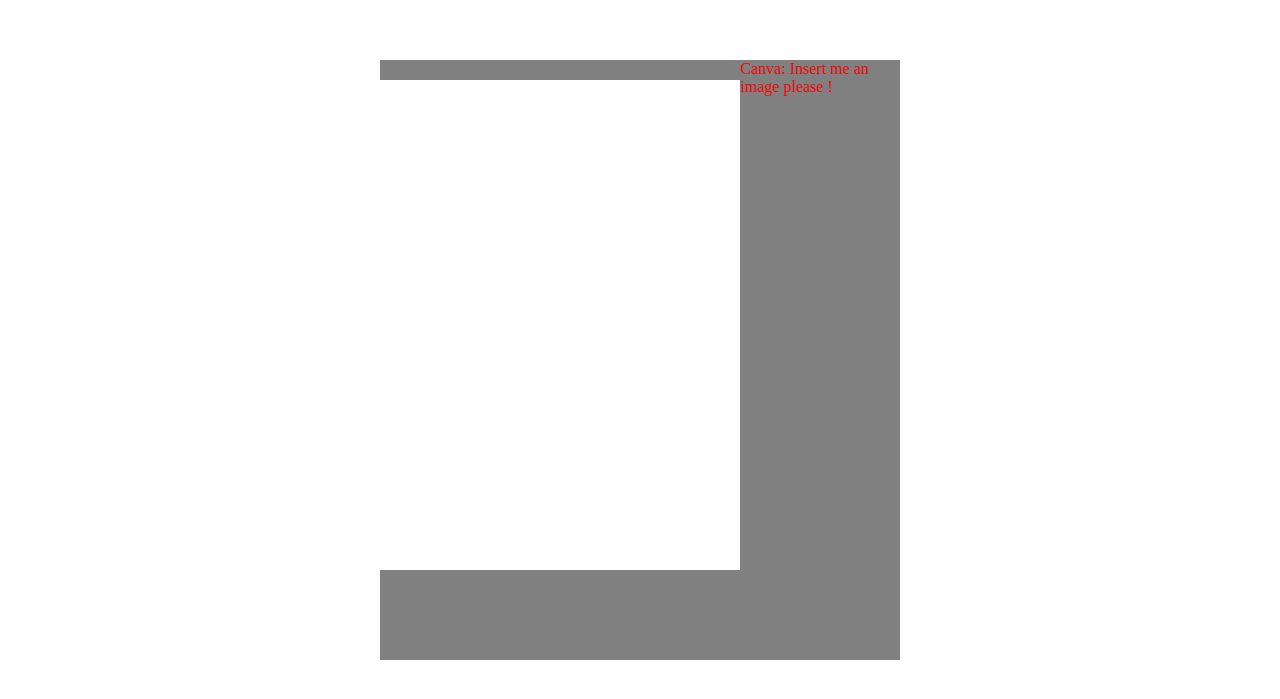
Repository: Sarah7223/internet-programming-tp
Page: TP2/TP02.3.html
The author's editor kept a copy of each file at every save. The page is drawn from the files as they stood at one save, then again after the next save.
The browser window is 1280 px wide. The pictures show the whole page.

Above is the page before, as saved 2023-01-14 11:28:51.

### TP2/TP02.3.html
<html>

<head>
    <style>
        .background{
            height: 100%;
            width: 100%;
            display: flex;
            justify-content: center;
            align-items: center;
        }
        .grey-rectangle{
            height: 600px;
            width: 520px;
            display :flex;
            background-color: grey;
            direction: column;
            justify-content: center;

        }
        .display-zone{
            display :flex;
            width: 450px;
            height: 450px;
            background-color: white;
            padding:20px;
            margin-top: 20px;
        }
        .first-line{
            display:flex;
            color:red;
        }


    </style>
</head>
<body>
    <div class="background">
        <div class="grey-rectangle">
            <div class="display-zone"></div>
            <div class="first-line">
                Canva: Insert me an image please !
            </div>

        </div>

    </div>



    <script>
        function handleImage(uploadImgFile){
            var reader=new FileReader();
            reader.onload= function (event){
                var img= new Image();
                img.onload=function () {
                    // Draw an image here

                }
                img.src=event.target.result;
            }
            reader.readAsArrayBuffer(uploadImgFile);
        }
    </script>

</body>
</html>

After the next save:
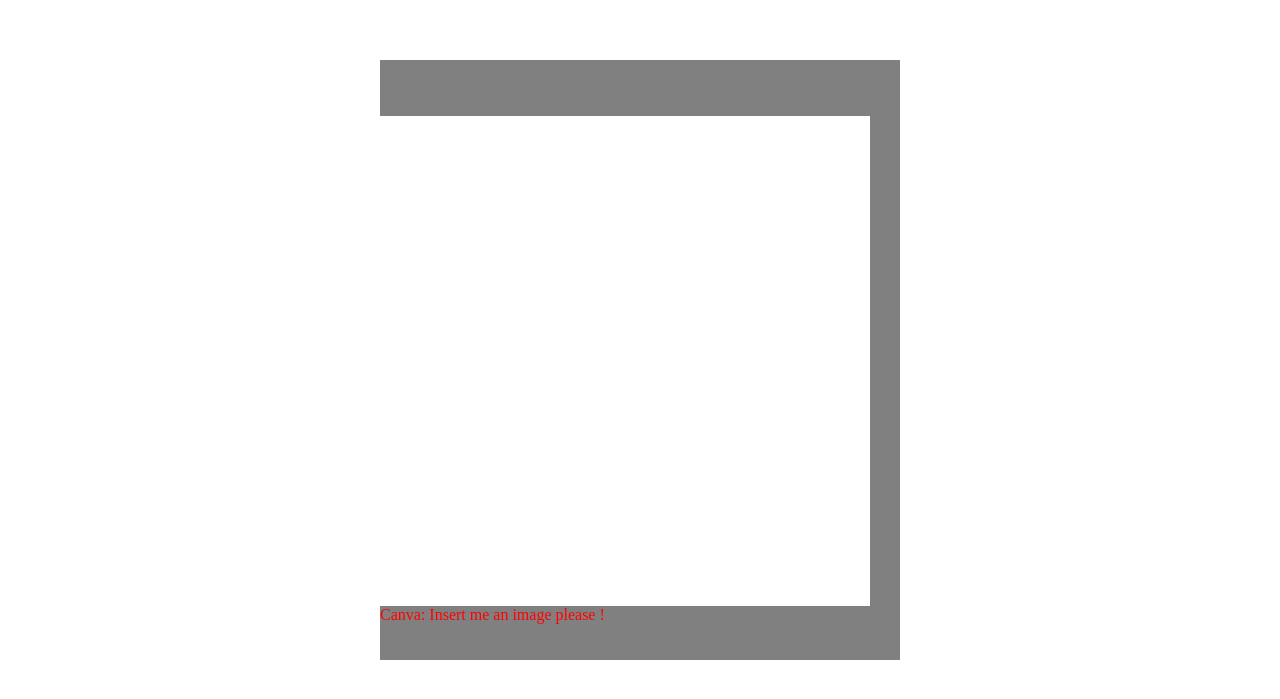
Saved 45 s later.
--- a/TP2/TP02.3.html
+++ b/TP2/TP02.3.html
@@ -14,7 +14,7 @@
             width: 520px;
             display :flex;
             background-color: grey;
-            direction: column;
+            flex-direction: column;
             justify-content: center;
 
         }
